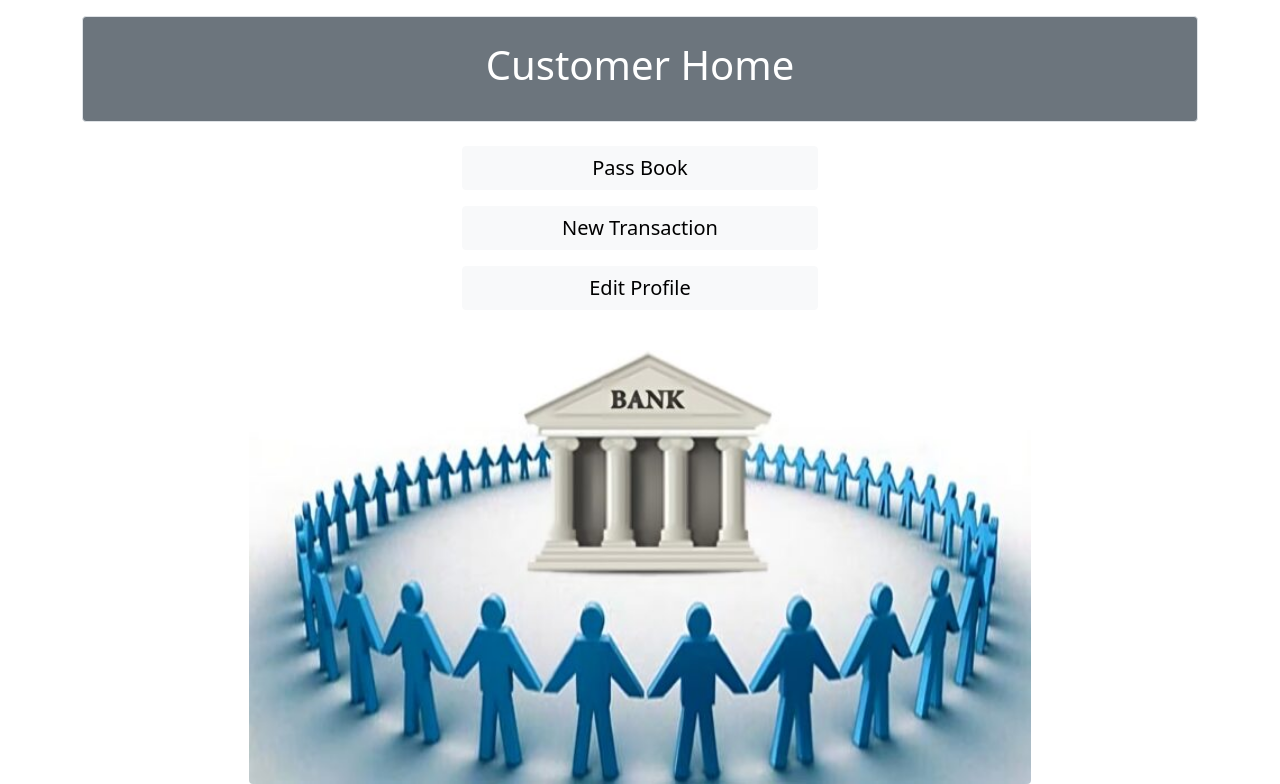
Repository: shivamaninalla/Bank-Application-JSP
Page: http://localhost/10-BankApplication/cust-home.jsp
An editor plug-in stored every save of this project. The page is shown before and after the next save, followed by the edit.
The browser window is 1280 px wide. The pictures show the whole page.
The page is served by Tomcat 9.

Above is the page before, as saved 2024-07-20 18:45:26.

After the next save:
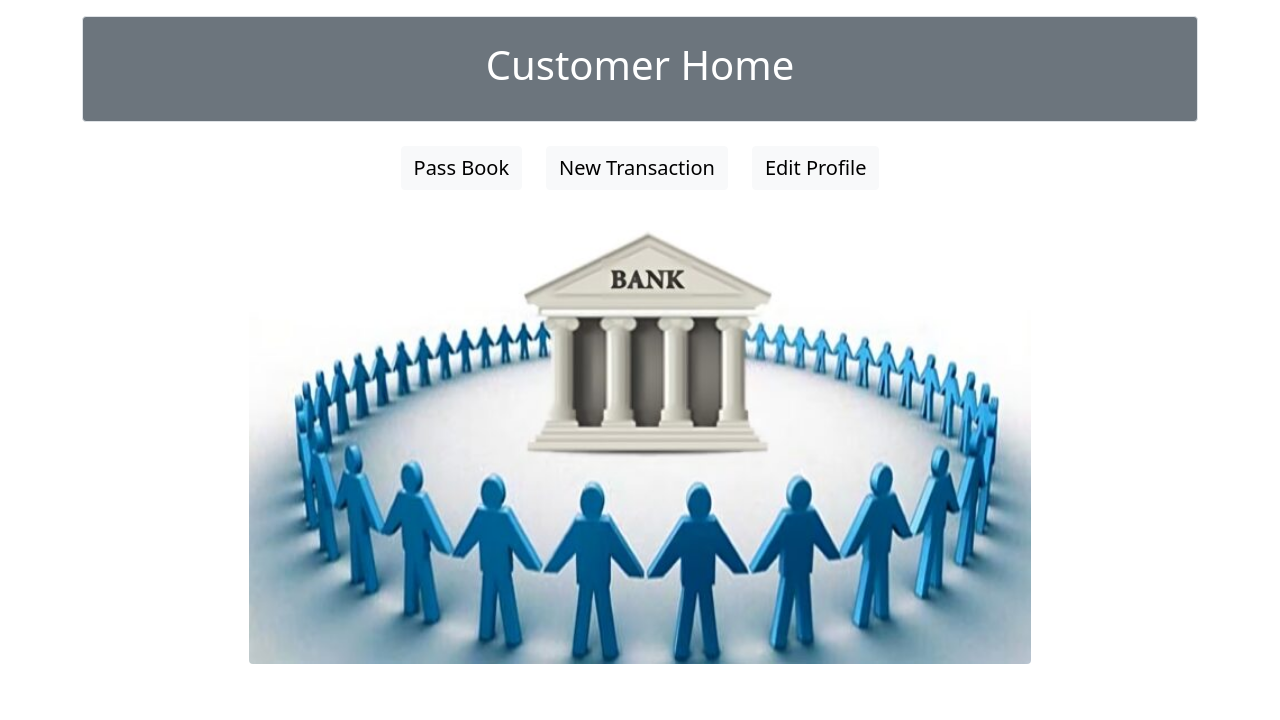
Saved 51 s later.
--- a/10-BankApplication/WebContent/cust-home.jsp
+++ b/10-BankApplication/WebContent/cust-home.jsp
@@ -24,11 +24,11 @@
 
     <!-- Main Navigation Buttons -->
     <div class="row justify-content-center mb-4">
-        <div class="col-md-4 text-center">
-            <form action="user" method="get">
-                <button type="submit" name="UserController" value="Pass Book" class="btn btn-light fs-5 w-100 mb-3">Pass Book</button>
-                <button type="submit" name="UserController" value="New Transaction" class="btn btn-light fs-5 w-100 mb-3">New Transaction</button>
-                <button type="submit" name="UserController" value="Edit Profile" class="btn btn-light fs-5 w-100">Edit Profile</button>
+        <div class="col-12 d-flex justify-content-center gap-4">
+            <form action="user" method="get" class="d-flex gap-4">
+                <button type="submit" name="UserController" value="Pass Book" class="btn btn-light fs-5">Pass Book</button>
+                <button type="submit" name="UserController" value="New Transaction" class="btn btn-light fs-5">New Transaction</button>
+                <button type="submit" name="UserController" value="Edit Profile" class="btn btn-light fs-5">Edit Profile</button>
             </form>
         </div>
     </div>
